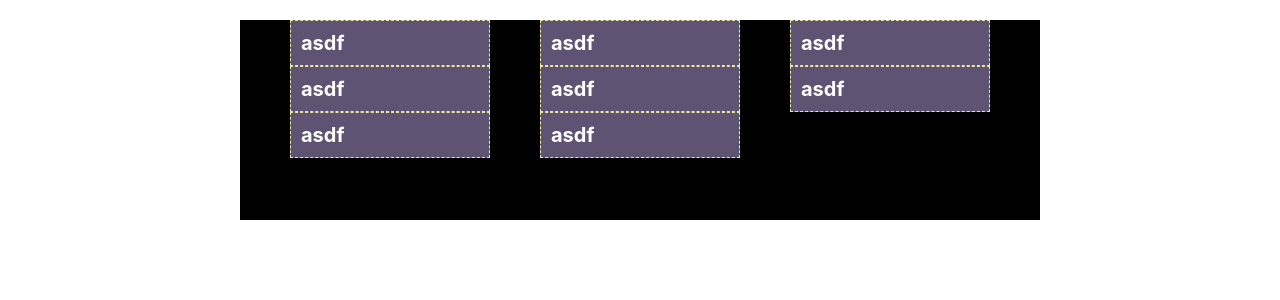
Repository: MiroslavWise/test-gallery
Page: /
These files come from the project's save history. The page is drawn as it stood at one moment and after the next save; the edit follows.
The browser window is 1280 px wide. The pictures show the whole page.
The page's requests for data from a server got no answer. The project was rebuilt for these pictures with package versions that can differ from the ones it lists, and the page was loaded fresh each time. No one was signed in, and anything a server would have sent is missing.

Above is the page before, as saved 2022-06-22 17:12:43.

After the next save:
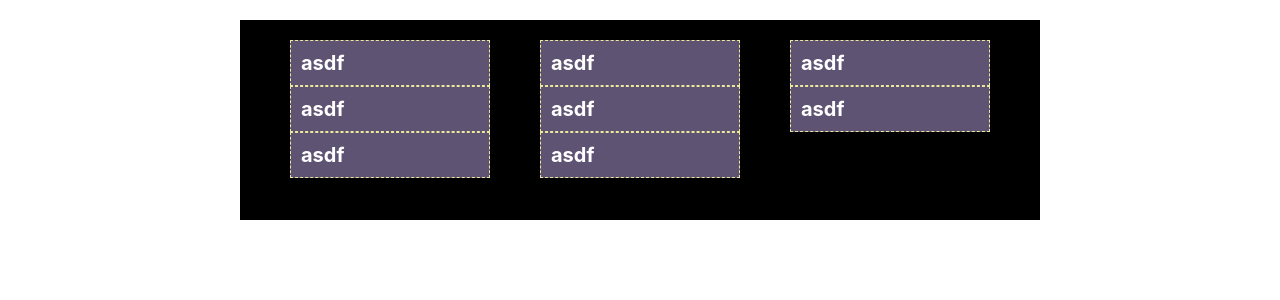
Saved 8 s later.
--- a/src/Gallery/PhotoGallery.jsx
+++ b/src/Gallery/PhotoGallery.jsx
@@ -5,6 +5,7 @@
         return(
                 <div className='container_gallery'>
                         <nav className='filter_author'>
+                                asdf
                         </nav>
                         <div className='container_photos'>
                                 <div className='grid__item'>asdf</div>
